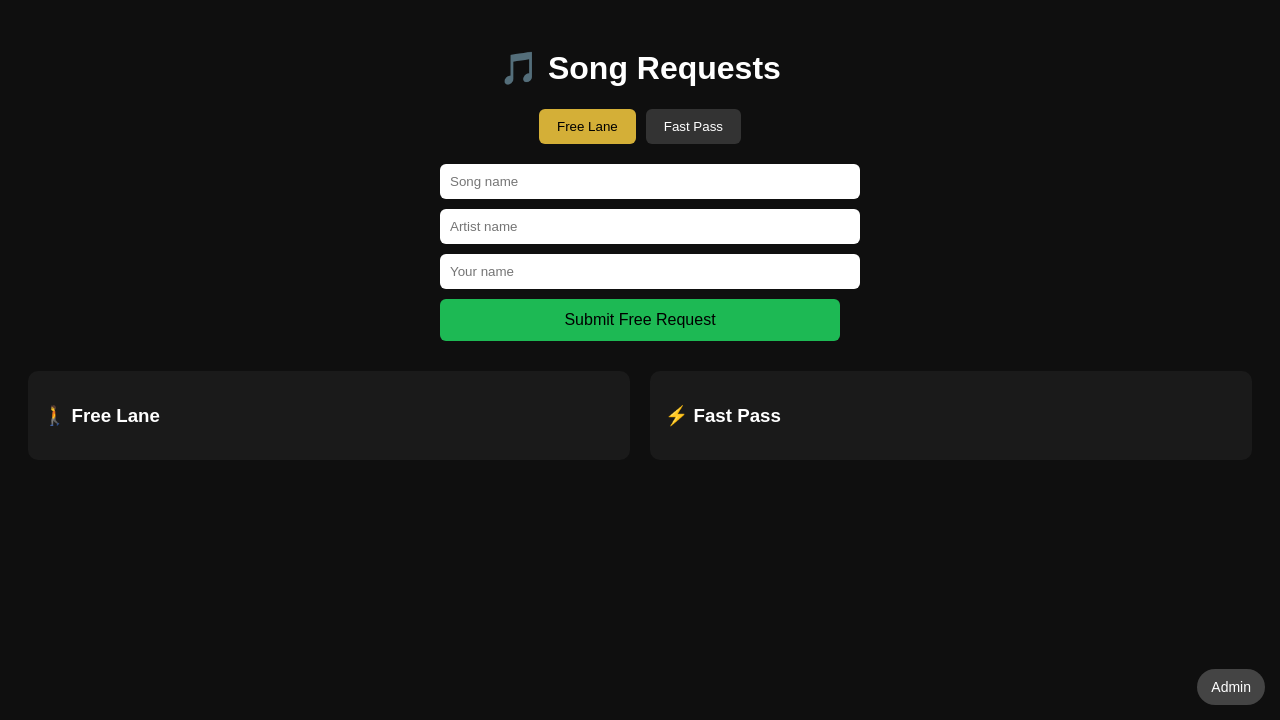
Repository: AryanHeravi/DJ-Request
Page: song_request.html
These files come from the project's save history. The page is drawn as it stood at one moment and after the next save; the edit follows.
The browser window is 1280 px wide. The pictures show the whole page.

Above is the page before, as saved 2026-02-03 07:57:46.

### song_request.html
<!DOCTYPE html>
<html lang="en">
<head>
<meta charset="UTF-8" />
<title>Song Requests</title>
<style>
body {
  background:#0f0f0f;
  color:#fff;
  font-family: Arial, sans-serif;
  padding:20px;
}

h1 { text-align:center; }

.toggle {
  display:flex;
  justify-content:center;
  gap:10px;
  margin-bottom:20px;
}

.toggle button {
  padding:10px 18px;
  border:none;
  cursor:pointer;
  border-radius:6px;
  background:#333;
  color:white;
}

.toggle button.active {
  background:#d4af37;
  color:black;
}

.form {
  max-width:400px;
  margin:0 auto 20px;
  display:none;
}

.form.active { display:block; }

input {
  width:100%;
  padding:10px;
  margin-bottom:10px;
  border-radius:6px;
  border:none;
}

.submit-btn {
  width:100%;
  padding:12px;
  background:#1db954;
  border:none;
  border-radius:6px;
  font-size:16px;
  cursor:pointer;
}

.fast-buttons {
  display:flex;
  gap:10px;
}

.fast-buttons button, .fast-buttons a {
  flex:1;
  text-align:center;
  padding:12px;
  border-radius:6px;
  border:none;
  cursor:pointer;
  text-decoration:none;
  color:white;
}

.paypal {
  background:#0070ba;
}

.cash {
  background:#555;
}

.lanes {
  display:flex;
  gap:20px;
  margin-top:30px;
}

.lane {
  flex:1;
  background:#1a1a1a;
  padding:15px;
  border-radius:10px;
}

.request {
  padding:10px;
  margin-bottom:10px;
  background:#2a2a2a;
  border-radius:6px;
}

.fast-approved {
  background:linear-gradient(270deg,#d4af37,#ffd700,#d4af37);
  background-size:400% 400%;
  animation:pulse 3s ease infinite;
  color:black;
  font-weight:bold;
}

@keyframes pulse {
  0% { background-position:0% 50%; }
  50% { background-position:100% 50%; }
  100% { background-position:0% 50%; }
}

.admin-link {
  position:fixed;
  bottom:15px;
  right:15px;
  background:#444;
  padding:10px 14px;
  border-radius:20px;
  text-decoration:none;
  color:white;
  font-size:14px;
}
</style>
</head>

<body>

<h1>🎵 Song Requests</h1>

<div class="toggle">
  <button id="freeBtn" class="active">Free Lane</button>
  <button id="fastBtn">Fast Pass</button>
</div>

<!-- FREE FORM -->
<div id="freeForm" class="form active">
  <input id="freeSong" placeholder="Song name" />
  <input id="freeArtist" placeholder="Artist name" />
  <input id="freeName" placeholder="Your name" />
  <button class="submit-btn" onclick="submitRequest('free')">Submit Free Request</button>
</div>

<!-- FAST FORM -->
<div id="fastForm" class="form">
  <input id="fastSong" placeholder="Song name" />
  <input id="fastArtist" placeholder="Artist name" />
  <input id="fastName" placeholder="Your name" />

  <div class="fast-buttons">
    <a class="paypal" href="https://www.paypal.me/YOURPAYPALLINK" target="_blank"
       onclick="submitRequest('paypal')">PayPal</a>
    <button class="cash" onclick="submitRequest('cash')">Cash</button>
  </div>
</div>

<div class="lanes">
  <div class="lane">
    <h3>🚶 Free Lane</h3>
    <div id="freeLane"></div>
  </div>

  <div class="lane">
    <h3>⚡ Fast Pass</h3>
    <div id="fastLane"></div>
  </div>
</div>

<a class="admin-link" href="admin.html">Admin</a>

<script>
const freeBtn = document.getElementById('freeBtn');
const fastBtn = document.getElementById('fastBtn');
const freeForm = document.getElementById('freeForm');
const fastForm = document.getElementById('fastForm');

freeBtn.onclick = () => {
  freeBtn.classList.add('active');
  fastBtn.classList.remove('active');
  freeForm.classList.add('active');
  fastForm.classList.remove('active');
};

fastBtn.onclick = () => {
  fastBtn.classList.add('active');
  freeBtn.classList.remove('active');
  fastForm.classList.add('active');
  freeForm.classList.remove('active');
};

function submitRequest(type) {
  const data = {
    song: document.getElementById(type === 'free' ? 'freeSong' : 'fastSong').value,
    artist: document.getElementById(type === 'free' ? 'freeArtist' : 'fastArtist').value,
    name: document.getElementById(type === 'free' ? 'freeName' : 'fastName').value,
    lane: type === 'free' ? 'free' : 'fast',
    payment: type,
    approved:false
  };

  if (!data.song || !data.artist || !data.name) return alert("Fill everything");

  const list = JSON.parse(localStorage.getItem('requests') || '[]');
  list.push(data);
  localStorage.setItem('requests', JSON.stringify(list));
  alert("Request sent!");
}
</script>

</body>
</html>

After the next save:
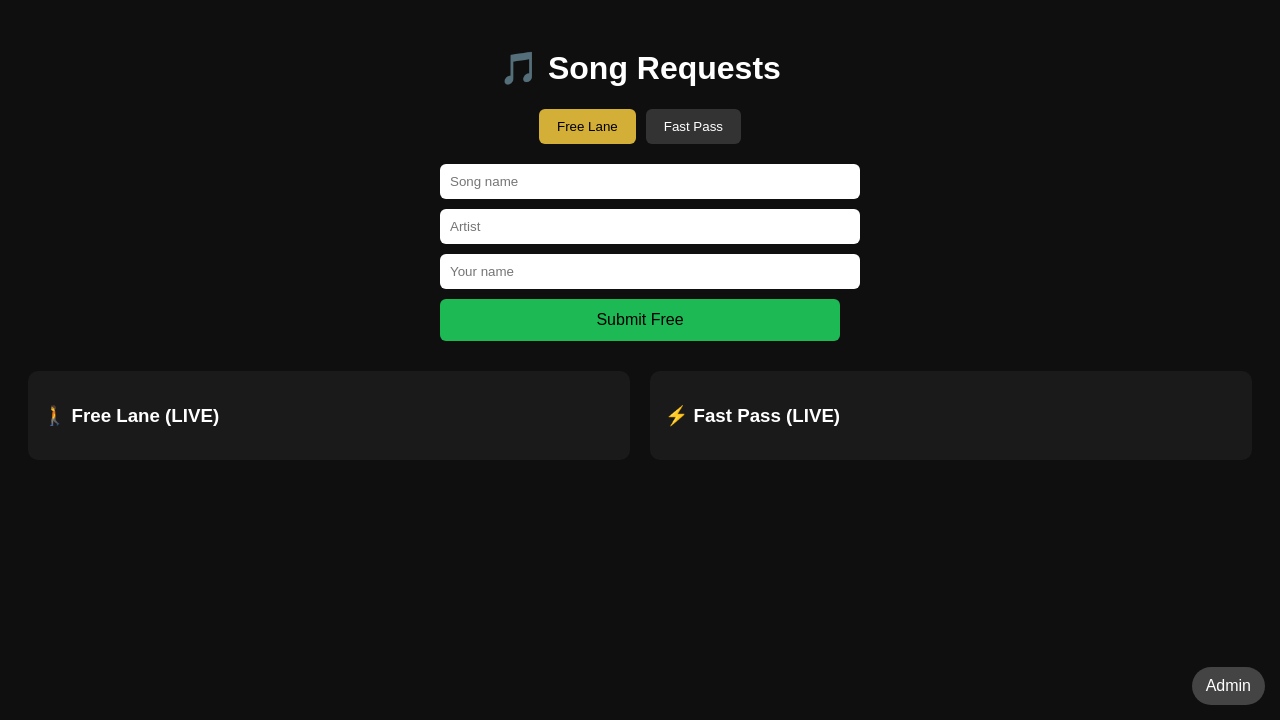
Saved 2 min 31 s later.
--- a/song_request.html
+++ b/song_request.html
@@ -1,13 +1,14 @@
 <!DOCTYPE html>
 <html lang="en">
 <head>
-<meta charset="UTF-8" />
+<meta charset="UTF-8">
 <title>Song Requests</title>
+
 <style>
 body {
   background:#0f0f0f;
   color:#fff;
-  font-family: Arial, sans-serif;
+  font-family:Arial;
   padding:20px;
 }
 
@@ -23,10 +24,10 @@ h1 { text-align:center; }
 .toggle button {
   padding:10px 18px;
   border:none;
-  cursor:pointer;
   border-radius:6px;
   background:#333;
   color:white;
+  cursor:pointer;
 }
 
 .toggle button.active {
@@ -50,12 +51,12 @@ input {
   border:none;
 }
 
-.submit-btn {
+.submit {
   width:100%;
   padding:12px;
+  border:none;
+  border-radius:6px;
   background:#1db954;
-  border:none;
-  border-radius:6px;
   font-size:16px;
   cursor:pointer;
 }
@@ -65,24 +66,20 @@ input {
   gap:10px;
 }
 
-.fast-buttons button, .fast-buttons a {
+.fast-buttons a,
+.fast-buttons button {
   flex:1;
+  padding:12px;
+  border:none;
+  border-radius:6px;
   text-align:center;
-  padding:12px;
-  border-radius:6px;
-  border:none;
+  color:white;
   cursor:pointer;
   text-decoration:none;
-  color:white;
-}
-
-.paypal {
-  background:#0070ba;
-}
-
-.cash {
-  background:#555;
-}
+}
+
+.paypal { background:#0070ba; }
+.cash { background:#555; }
 
 .lanes {
   display:flex;
@@ -113,9 +110,9 @@ input {
 }
 
 @keyframes pulse {
-  0% { background-position:0% 50%; }
-  50% { background-position:100% 50%; }
-  100% { background-position:0% 50%; }
+  0% {background-position:0% 50%;}
+  50% {background-position:100% 50%;}
+  100% {background-position:0% 50%;}
 }
 
 .admin-link {
@@ -125,9 +122,8 @@ input {
   background:#444;
   padding:10px 14px;
   border-radius:20px;
+  color:white;
   text-decoration:none;
-  color:white;
-  font-size:14px;
 }
 </style>
 </head>
@@ -141,40 +137,40 @@ input {
   <button id="fastBtn">Fast Pass</button>
 </div>
 
-<!-- FREE FORM -->
+<!-- FREE -->
 <div id="freeForm" class="form active">
-  <input id="freeSong" placeholder="Song name" />
-  <input id="freeArtist" placeholder="Artist name" />
-  <input id="freeName" placeholder="Your name" />
-  <button class="submit-btn" onclick="submitRequest('free')">Submit Free Request</button>
-</div>
-
-<!-- FAST FORM -->
+  <input id="freeSong" placeholder="Song name">
+  <input id="freeArtist" placeholder="Artist">
+  <input id="freeName" placeholder="Your name">
+  <button class="submit" onclick="submit('free')">Submit Free</button>
+</div>
+
+<!-- FAST -->
 <div id="fastForm" class="form">
-  <input id="fastSong" placeholder="Song name" />
-  <input id="fastArtist" placeholder="Artist name" />
-  <input id="fastName" placeholder="Your name" />
+  <input id="fastSong" placeholder="Song name">
+  <input id="fastArtist" placeholder="Artist">
+  <input id="fastName" placeholder="Your name">
 
   <div class="fast-buttons">
-    <a class="paypal" href="https://www.paypal.me/YOURPAYPALLINK" target="_blank"
-       onclick="submitRequest('paypal')">PayPal</a>
-    <button class="cash" onclick="submitRequest('cash')">Cash</button>
+    <a class="paypal" href="https://www.paypal.me/YOURPAYPALLINK"
+       target="_blank" onclick="submit('paypal')">PayPal</a>
+    <button class="cash" onclick="submit('cash')">Cash</button>
   </div>
 </div>
 
 <div class="lanes">
   <div class="lane">
-    <h3>🚶 Free Lane</h3>
+    <h3>🚶 Free Lane (LIVE)</h3>
     <div id="freeLane"></div>
   </div>
 
   <div class="lane">
-    <h3>⚡ Fast Pass</h3>
+    <h3>⚡ Fast Pass (LIVE)</h3>
     <div id="fastLane"></div>
   </div>
 </div>
 
-<a class="admin-link" href="admin.html">Admin</a>
+<a href="admin.html" class="admin-link">Admin</a>
 
 <script>
 const freeBtn = document.getElementById('freeBtn');
@@ -196,23 +192,49 @@ fastBtn.onclick = () => {
   freeForm.classList.remove('active');
 };
 
-function submitRequest(type) {
-  const data = {
-    song: document.getElementById(type === 'free' ? 'freeSong' : 'fastSong').value,
-    artist: document.getElementById(type === 'free' ? 'freeArtist' : 'fastArtist').value,
-    name: document.getElementById(type === 'free' ? 'freeName' : 'fastName').value,
-    lane: type === 'free' ? 'free' : 'fast',
+function submit(type) {
+  const isFree = type === 'free';
+  const song = document.getElementById(isFree ? 'freeSong' : 'fastSong').value;
+  const artist = document.getElementById(isFree ? 'freeArtist' : 'fastArtist').value;
+  const name = document.getElementById(isFree ? 'freeName' : 'fastName').value;
+
+  if (!song || !artist || !name) return alert('Fill all fields');
+
+  const list = JSON.parse(localStorage.getItem('requests') || '[]');
+
+  list.push({
+    song,
+    artist,
+    name,
+    lane: isFree ? 'free' : 'fast',
     payment: type,
-    approved:false
-  };
-
-  if (!data.song || !data.artist || !data.name) return alert("Fill everything");
+    status: 'pending'
+  });
+
+  localStorage.setItem('requests', JSON.stringify(list));
+  alert('Request sent!');
+}
+
+function renderLive() {
+  const freeLane = document.getElementById('freeLane');
+  const fastLane = document.getElementById('fastLane');
+  freeLane.innerHTML = '';
+  fastLane.innerHTML = '';
 
   const list = JSON.parse(localStorage.getItem('requests') || '[]');
-  list.push(data);
-  localStorage.setItem('requests', JSON.stringify(list));
-  alert("Request sent!");
-}
+
+  list
+    .filter(r => r.status === 'approved')
+    .forEach(r => {
+      const div = document.createElement('div');
+      div.className = 'request' + (r.lane === 'fast' ? ' fast-approved' : '');
+      div.innerHTML = `<strong>${r.song}</strong> – ${r.artist}<br>${r.name}`;
+      (r.lane === 'fast' ? fastLane : freeLane).appendChild(div);
+    });
+}
+
+renderLive();
+setInterval(renderLive, 2000);
 </script>
 
 </body>
